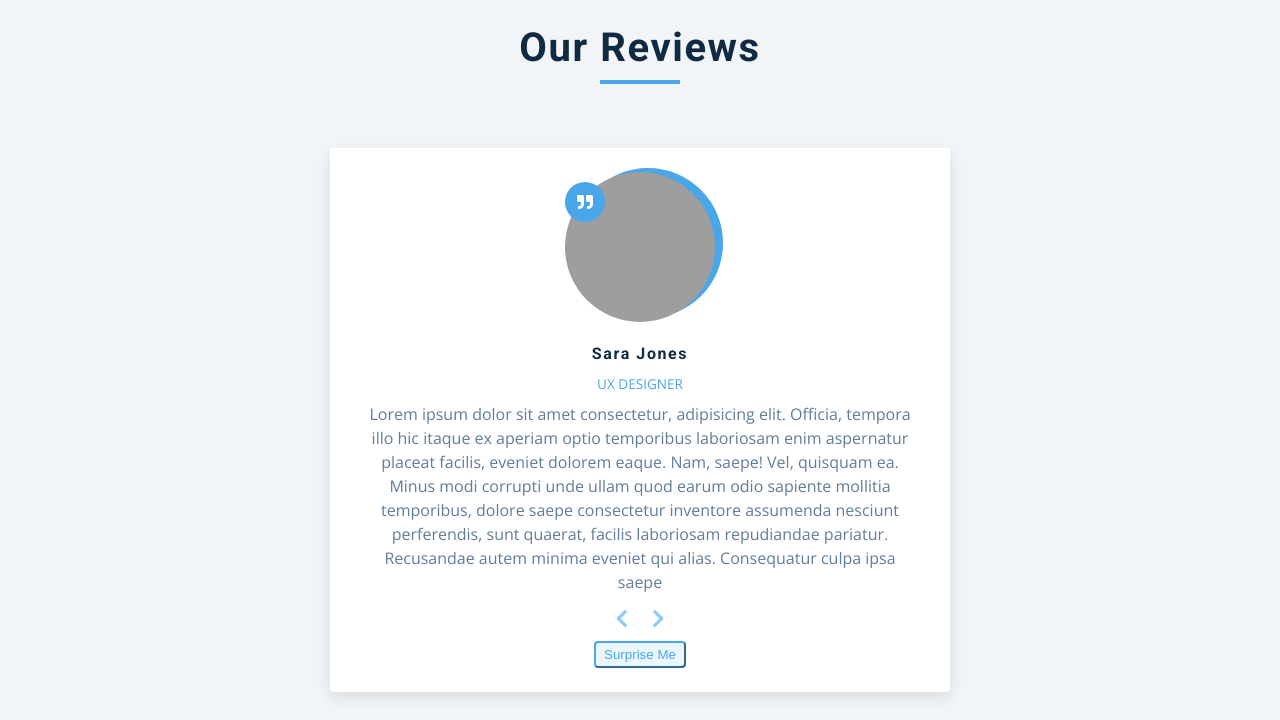
Repository: sunny070/javaScript
Page: Reviews_03/index.html
The author's editor kept a copy of each file at every save. The page is drawn from the files as they stood at one save, then again after a run of saves.
The browser window is 1280 px wide. The pictures show the whole page.
Pictures or frames that could not be fetched are drawn as grey boxes. Some web libraries are served in a nearby version.

Above is the page before, as saved 2023-10-04 12:05:06.

### Reviews_03/index.html
<!DOCTYPE html>
<html lang="en">
  <head>
    <meta charset="UTF-8" />
    <meta name="viewport" content="width=device-width, initial-scale=1.0" />
    <title>Review</title>
    <link
      rel="stylesheet"
      href="https://cdnjs.cloudflare.com/ajax/libs/font-awesome/5.14.0/css/all.min.css"
    />
    <link rel="stylesheet" href="style.css" />
  </head>
  <body>
    <main>
      <section class="container">
        <div class="title">
          <h2>Our Reviews</h2>
          <div class="underline"></div>
        </div>
        <article class="review">
          <div class="img-container">
            <img id="person-img" src="person-1.jpeg" alt="" />
          </div>
          <h4 class="author">sara jones</h4>
          <p id="job">ux Designer</p>
          <p id="info">
            Lorem ipsum dolor sit amet consectetur, adipisicing elit. Officia,
            tempora illo hic itaque ex aperiam optio temporibus laboriosam enim
            aspernatur placeat facilis, eveniet dolorem eaque. Nam, saepe! Vel,
            quisquam ea. Minus modi corrupti unde ullam quod earum odio sapiente
            mollitia temporibus, dolore saepe consectetur inventore assumenda
            nesciunt perferendis, sunt quaerat, facilis laboriosam repudiandae
            pariatur. Recusandae autem minima eveniet qui alias. Consequatur
            culpa ipsa saepe
          </p>

          <div class="button-container">
            <button class="prev-btn">
              <i class="fas fa-chevron-left"></i>
            </button>
            <button class="prev-btn">
              <i class="fas fa-chevron-right"></i>
            </button>
          </div>
          <button class="random-btn">Surprise me</button>
        </article>
      </section>
    </main>

    <script src="app.js"></script>
  </body>
</html>

### Reviews_03/style.css
/*
===============
Fonts
===============
*/
@import url("https://fonts.googleapis.com/css?family=Open+Sans|Roboto:400,700&display=swap");

/*
===============
Variables
===============
*/

:root {
  /* dark shades of primary color*/
  --clr-primary-1: hsl(205, 86%, 17%);
  --clr-primary-2: hsl(205, 77%, 27%);
  --clr-primary-3: hsl(205, 72%, 37%);
  --clr-primary-4: hsl(205, 63%, 48%);
  /* primary/main color */
  --clr-primary-5: hsl(205, 78%, 60%);
  /* lighter shades of primary color */
  --clr-primary-6: hsl(205, 89%, 70%);
  --clr-primary-7: hsl(205, 90%, 76%);
  --clr-primary-8: hsl(205, 86%, 81%);
  --clr-primary-9: hsl(205, 90%, 88%);
  --clr-primary-10: hsl(205, 100%, 96%);
  /* darkest grey - used for headings */
  --clr-grey-1: hsl(209, 61%, 16%);
  --clr-grey-2: hsl(211, 39%, 23%);
  --clr-grey-3: hsl(209, 34%, 30%);
  --clr-grey-4: hsl(209, 28%, 39%);
  /* grey used for paragraphs */
  --clr-grey-5: hsl(210, 22%, 49%);
  --clr-grey-6: hsl(209, 23%, 60%);
  --clr-grey-7: hsl(211, 27%, 70%);
  --clr-grey-8: hsl(210, 31%, 80%);
  --clr-grey-9: hsl(212, 33%, 89%);
  --clr-grey-10: hsl(210, 36%, 96%);
  --clr-white: #fff;
  --clr-red-dark: hsl(360, 67%, 44%);
  --clr-red-light: hsl(360, 71%, 66%);
  --clr-green-dark: hsl(125, 67%, 44%);
  --clr-green-light: hsl(125, 71%, 66%);
  --clr-black: #222;
  --ff-primary: "Roboto", sans-serif;
  --ff-secondary: "Open Sans", sans-serif;
  --transition: all 0.3s linear;
  --spacing: 0.1rem;
  --radius: 0.25rem;
  --light-shadow: 0 5px 15px rgba(0, 0, 0, 0.1);
  --dark-shadow: 0 5px 15px rgba(0, 0, 0, 0.2);
  --max-width: 1170px;
  --fixed-width: 620px;
}
/*
===============
Global Styles
===============
*/

*,
::after,
::before {
  margin: 0;
  padding: 0;
  box-sizing: border-box;
}
body {
  font-family: var(--ff-secondary);
  background: var(--clr-grey-10);
  color: var(--clr-grey-1);
  line-height: 1.5;
  font-size: 0.875rem;
}
ul {
  list-style-type: none;
}
a {
  text-decoration: none;
}
h1,
h2,
h3,
h4 {
  letter-spacing: var(--spacing);
  text-transform: capitalize;
  line-height: 1.25;
  margin-bottom: 0.75rem;
  font-family: var(--ff-primary);
}
h1 {
  font-size: 3rem;
}
h2 {
  font-size: 2rem;
}
h3 {
  font-size: 1.25rem;
}
h4 {
  font-size: 0.875rem;
}
p {
  margin-bottom: 1.25rem;
  color: var(--clr-grey-5);
}
@media screen and (min-width: 800px) {
  h1 {
    font-size: 4rem;
  }
  h2 {
    font-size: 2.5rem;
  }
  h3 {
    font-size: 1.75rem;
  }
  h4 {
    font-size: 1rem;
  }
  body {
    font-size: 1rem;
  }
  h1,
  h2,
  h3,
  h4 {
    line-height: 1;
  }
}
/*  global classes */

/* section */
.section {
  padding: 5rem 0;
}

.section-center {
  width: 90vw;
  margin: 0 auto;
  max-width: 1170px;
}
@media screen and (min-width: 992px) {
  .section-center {
    width: 95vw;
  }
}
main {
  min-height: 100vh;
  display: grid;
  place-items: center;
}

/*
===============
Reviews
===============
*/
main {
  min-height: 100vh;
  display: grid;
  place-items: center;
}
.title {
  text-align: center;
  margin-bottom: 4rem;
}
.underline {
  height: 0.25rem;
  width: 5rem;
  background: var(--clr-primary-5);
  margin-left: auto;
  margin-right: auto;
}
.container {
  width: 80vw;
  max-width: var(--fixed-width);
}
.review {
  background: var(--clr-white);
  padding: 1.5rem 2rem;
  border-radius: var(--radius);
  box-shadow: var(--light-shadow);
  transition: var(--transition);
  text-align: center;
}
.review:hover {
  box-shadow: var(--dark-shadow);
}
.img-container {
  position: relative;
  width: 150px;
  height: 150px;
  border-radius: 50%;
  margin: 0 auto;
  margin-bottom: 1.5rem;
}
#person-img {
  width: 100%;
  display: block;
  height: 100%;
  object-fit: cover;
  border-radius: 50%;
  position: relative;
}
.img-container::after {
  font-family: "Font Awesome 5 Free";
  font-weight: 900;
  content: "\f10e";
  position: absolute;
  top: 0;
  left: 0;
  width: 2.5rem;
  height: 2.5rem;
  display: grid;
  place-items: center;
  border-radius: 50%;
  transform: translateY(25%);
  background: var(--clr-primary-5);
  color: var(--clr-white);
}
.img-container::before {
  content: "";
  width: 100%;
  height: 100%;
  background: var(--clr-primary-5);
  position: absolute;
  top: -0.25rem;
  right: -0.5rem;
  border-radius: 50%;
}
#author {
  margin-bottom: 0.25rem;
}
#job {
  margin-bottom: 0.5rem;
  text-transform: uppercase;
  color: var(--clr-primary-5);
  font-size: 0.85rem;
}
#info {
  margin-bottom: 0.75rem;
}
.prev-btn,
.next-btn {
  color: var(--clr-primary-7);
  font-size: 1.25rem;
  background: transparent;
  border-color: transparent;
  margin: 0 0.5rem;
  transition: var(--transition);
  cursor: pointer;
}
.prev-btn:hover,
.next-btn:hover {
  color: var(--clr-primary-5);
}
.random-btn {
  margin-top: 0.5rem;
  background: var(--clr-primary-10);
  color: var(--clr-primary-5);
  padding: 0.25rem 0.5rem;
  text-transform: capitalize;
  border-radius: var(--radius);
  transition: var(--transition);
  border-color: var(--clr-primary-5);
  cursor: pointer;
}
.random-btn:hover {
  background: var(--clr-primary-5);
  color: var(--clr-primary-1);
}

### Reviews_03/app.js
const reviews = [
  {
    id: 1,
    name: "susan smith",
    job: "web developer",
    img: "https://www.course-api.com/images/people/person-1.jpeg",
    text: "I'm baby meggings twee health goth +1. Bicycle rights tumeric chartreuse before they sold out chambray pop-up. Shaman humblebrag pickled coloring book salvia hoodie, cold-pressed four dollar toast everyday carry",
  },
  {
    id: 2,
    name: "anna johnson",
    job: "web designer",
    img: "https://www.course-api.com/images/people/person-2.jpeg",
    text: "Helvetica artisan kinfolk thundercats lumbersexual blue bottle. Disrupt glossier gastropub deep v vice franzen hell of brooklyn twee enamel pin fashion axe.photo booth jean shorts artisan narwhal.",
  },
  {
    id: 3,
    name: "peter jones",
    job: "intern",
    img: "https://www.course-api.com/images/people/person-4.jpeg",
    text: "Sriracha literally flexitarian irony, vape marfa unicorn. Glossier tattooed 8-bit, fixie waistcoat offal activated charcoal slow-carb marfa hell of pabst raclette post-ironic jianbing swag.",
  },
  {
    id: 4,
    name: "bill anderson",
    job: "the boss",
    img: "https://www.course-api.com/images/people/person-3.jpeg",
    text: "Edison bulb put a bird on it humblebrag, marfa pok pok heirloom fashion axe cray stumptown venmo actually seitan. VHS farm-to-table schlitz, edison bulb pop-up 3 wolf moon tote bag street art shabby chic. ",
  },
];

//select items
const img=document.getElementById('person-img');
const author=document.getElementById('author');
const job=document.getElementById('job');
const info=document.getElementById('info');

const prevBtn =document.querySelector('prev-btn')
const nextBtn =document.querySelector('.next-btn')
const randomBtn =document.querySelector('.random-btn')

//set starting item
let currentItem = 0;

//load initial item
window.addEventListener('DOMContentLoaded',function(){
  // console.log('shake and bake')
  const item = reviews[currentItem];
  img.src = item.img
})

After the next 2 saves:
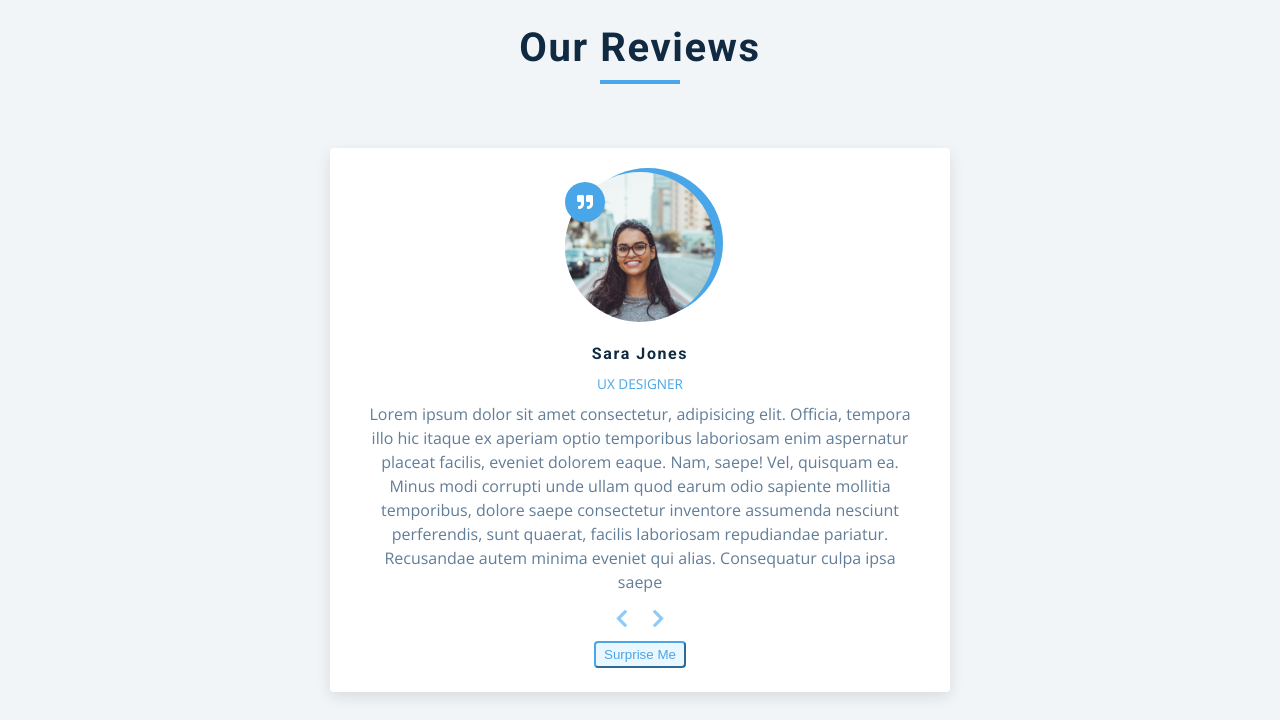
Console error: SyntaxError: Unexpected token ']'
The 2 saves are shown as one change because they came seconds apart.
The last was saved 17 s later.
--- a/Reviews_03/app.js
+++ b/Reviews_03/app.js
@@ -46,5 +46,5 @@
 window.addEventListener('DOMContentLoaded',function(){
   // console.log('shake and bake')
   const item = reviews[currentItem];
-  img.src = item.img
+  img.src = reviews[]
 })

After the 2 saves that followed:
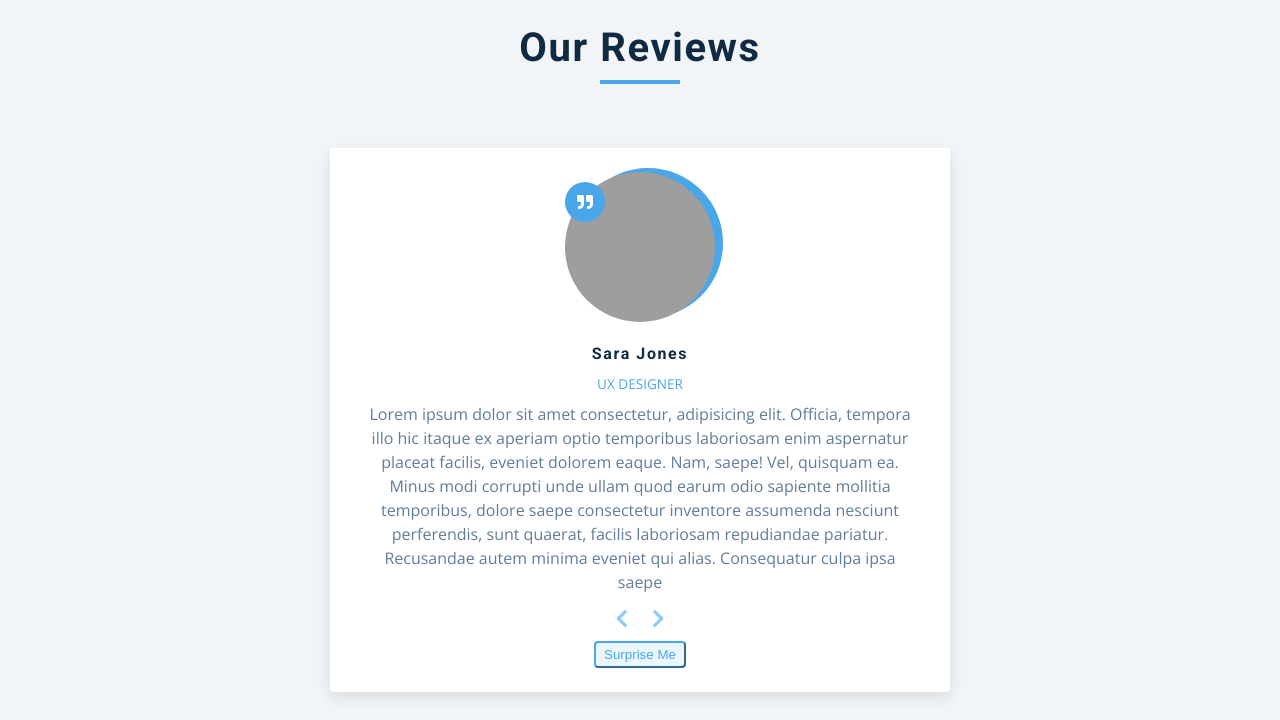
The error is gone.
The 2 saves are shown as one change because they came seconds apart.
The last was saved 7 s later.
--- a/Reviews_03/app.js
+++ b/Reviews_03/app.js
@@ -46,5 +46,5 @@
 window.addEventListener('DOMContentLoaded',function(){
   // console.log('shake and bake')
   const item = reviews[currentItem];
-  img.src = reviews[]
+  img.src = reviews[currentItem]
 })
